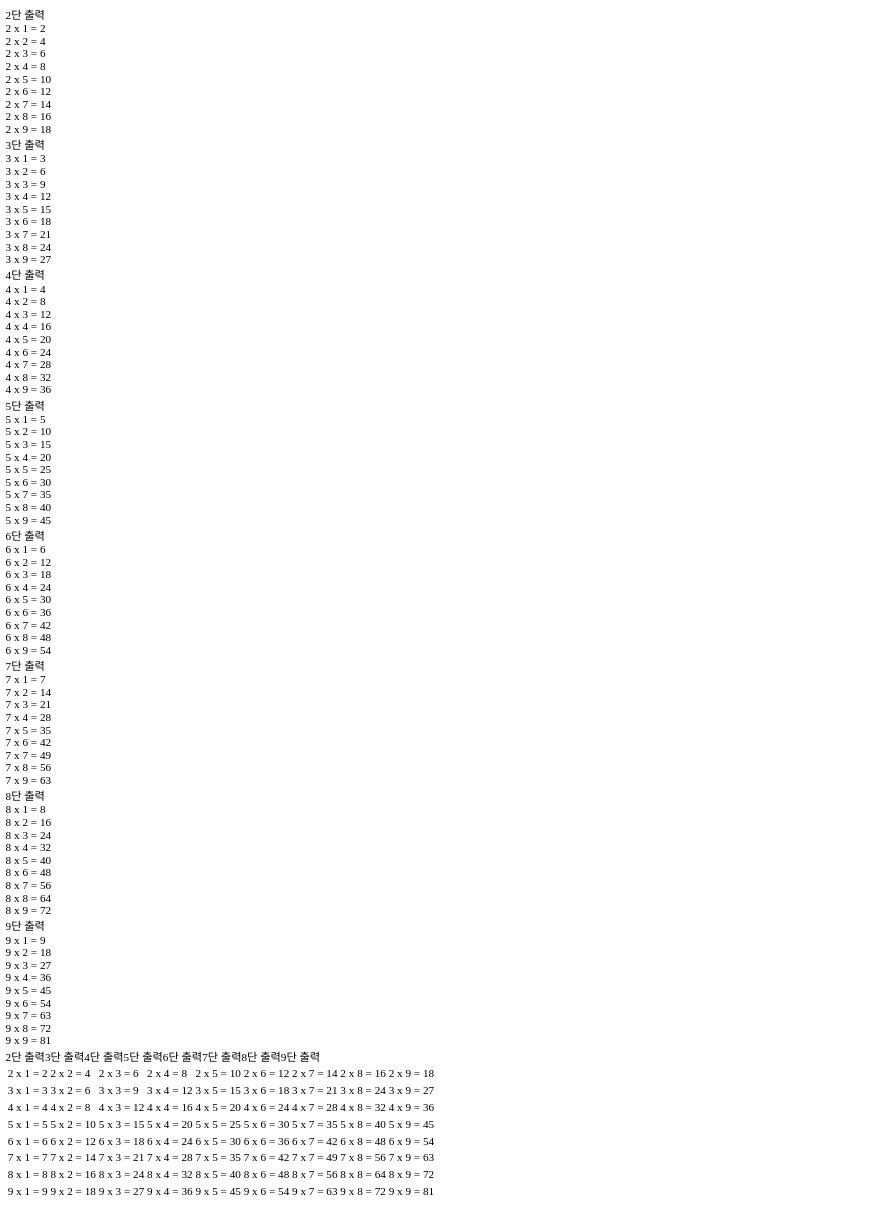
Repository: carnelli95/workspace_JSP
Page: http://localhost/MustHaveJSP/Mission/Gugudan1.jsp
These files come from the project's save history. The page is drawn as it stood at one moment and after the next save; the edit follows.
The browser window is 1280 px wide. The pictures show the whole page, at 70% of full size.
The page is served by Tomcat 9.

Above is the page before, as saved 2025-09-22 08:30:25.

After the next save:
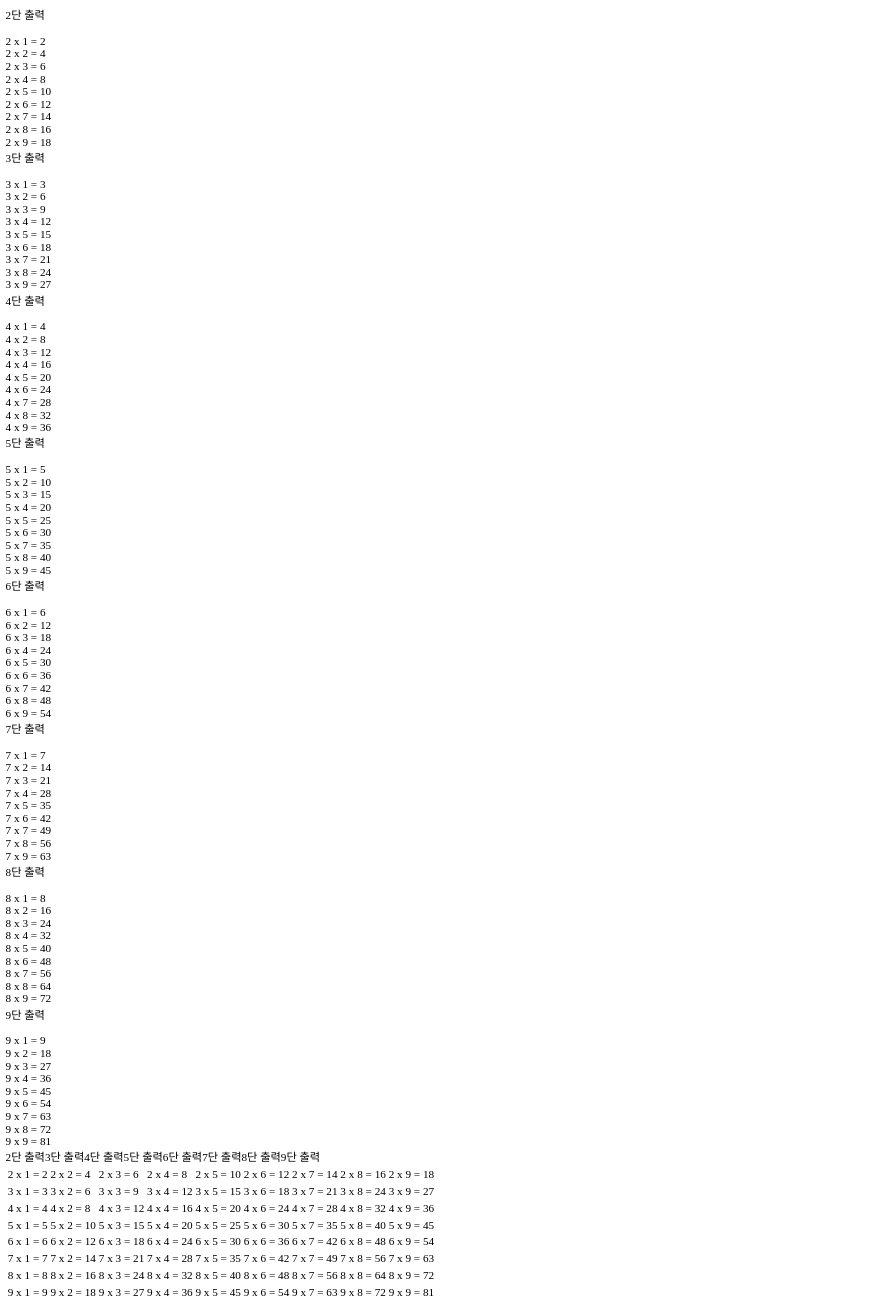
Saved 36 s later.
--- a/MustHaveJSP/src/main/webapp/Mission/Gugudan1.jsp
+++ b/MustHaveJSP/src/main/webapp/Mission/Gugudan1.jsp
@@ -15,7 +15,7 @@
 <%
 	for(int i = 2; i <= 9; i++) {
 
-		out.println("<tr>" + i + "단 출력</tr><br>");
+		out.println("<tr>" + i + "단 출력</tr><br><br>");
 		for(int j = 1; j <= 9; j++) {
 			out.print("<tr>" + i + " x " + j  + " = " + i * j + "</tr><br>");
 		}
